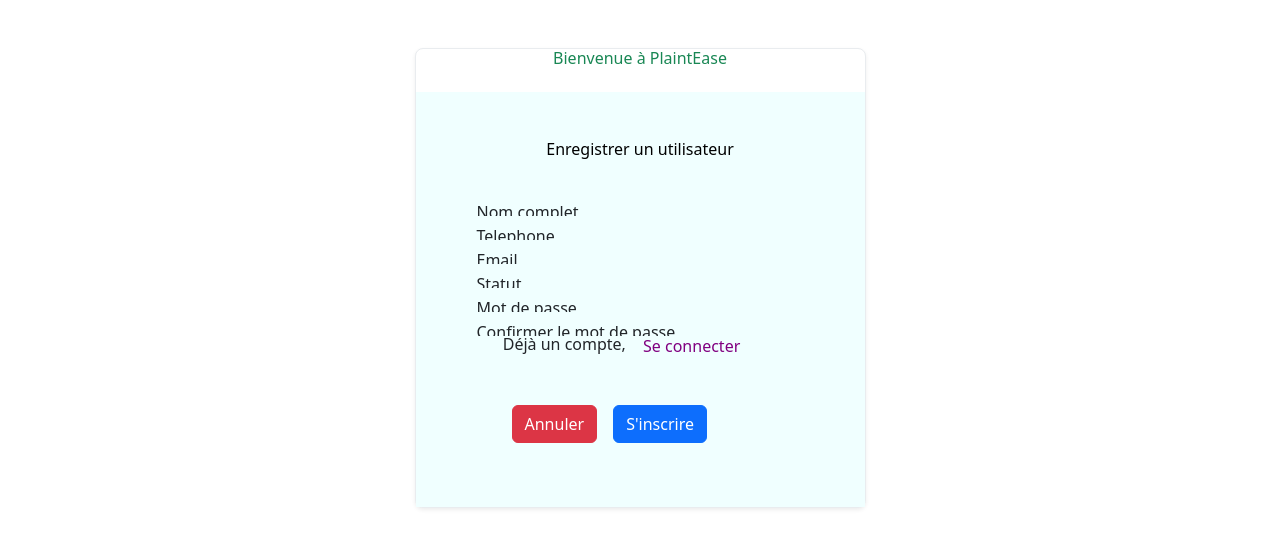
Repository: Senare1/PlaintEasy
Page: accounts/templates/accounts/signup.html
The author's editor kept a copy of each file at every save. The page is drawn from the files as they stood at one save, then again after the next save.
The browser window is 1280 px wide. The pictures show the whole page.
The template is drawn by Django 4.2. The application's start-up code is not run. The template is opened directly, without the code that normally fills it, so the values that code supplies are empty.

Above is the page before, as saved 2024-08-10 13:22:55.

After the next save:
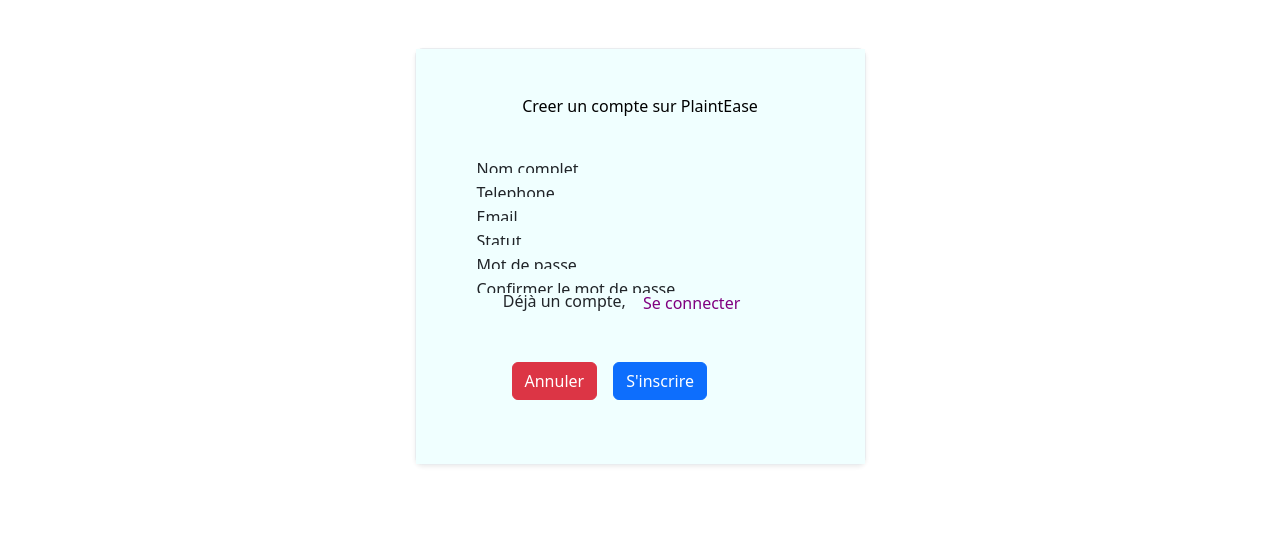
Saved 65 s later.
--- a/accounts/templates/accounts/signup.html
+++ b/accounts/templates/accounts/signup.html
@@ -23,9 +23,8 @@
           <div class="row justify-content-center">
             <div class="col-12 col-sm-10 col-md-8 col-lg-6 col-xl-5 col-xxl-4">
               <div class="card border border-light-subtle rounded-3 shadow-sm">
-                <h2 class="fs-6 fw-normal text-center text-success mb-4">Bienvenue à PlaintEase</h2>
                 <div class="card-body p-3 p-md-1 p-xl-5" style="background-color: azure;">
-                  <h2 class="fs-6 fw-normal text-center text-black mb-4">Enregistrer un utilisateur</h2>
+                  <h2 class="fs-6 fw-normal text-center text-black mb-4">Creer un compte sur PlaintEase</h2>
                   <form method="POST">
                     {% csrf_token %}
                     <div class="row gy-2 overflow-hidden">
